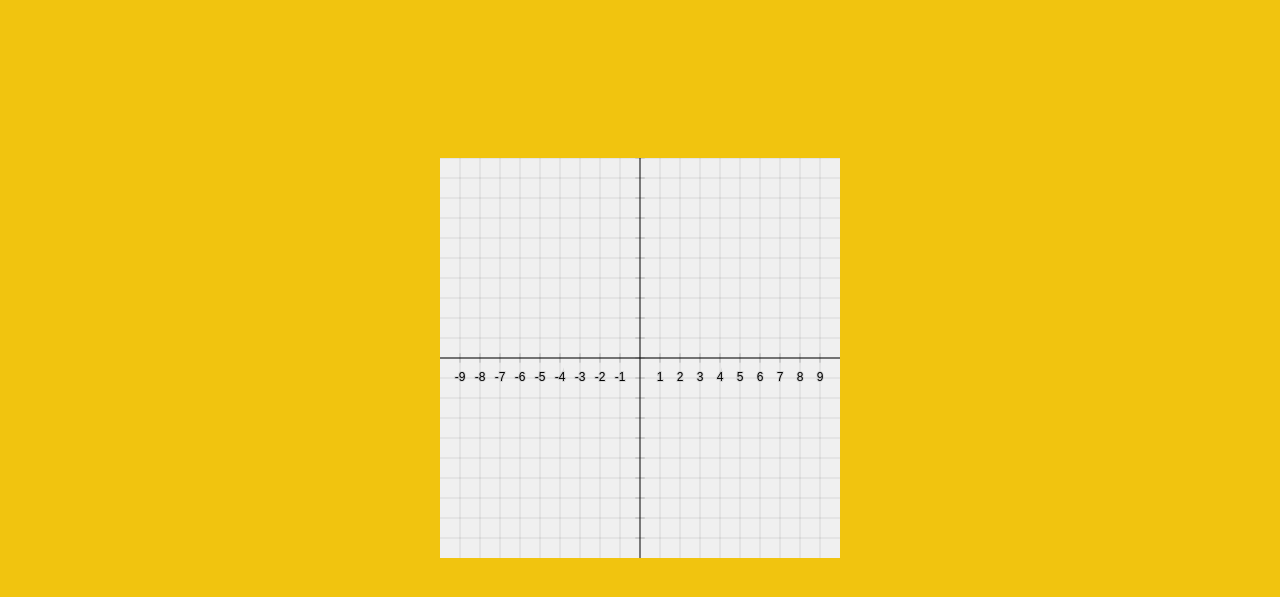
Repository: animarcus/graphing-app
Page: index.html
An editor plug-in stored every save of this project. The page is shown before and after the next save, followed by the edit.
The browser window is 1280 px wide. The pictures show the whole page.
Some web libraries are served in a nearby version.

Above is the page before, as saved 2020-09-26 19:49:44.

After the next save:
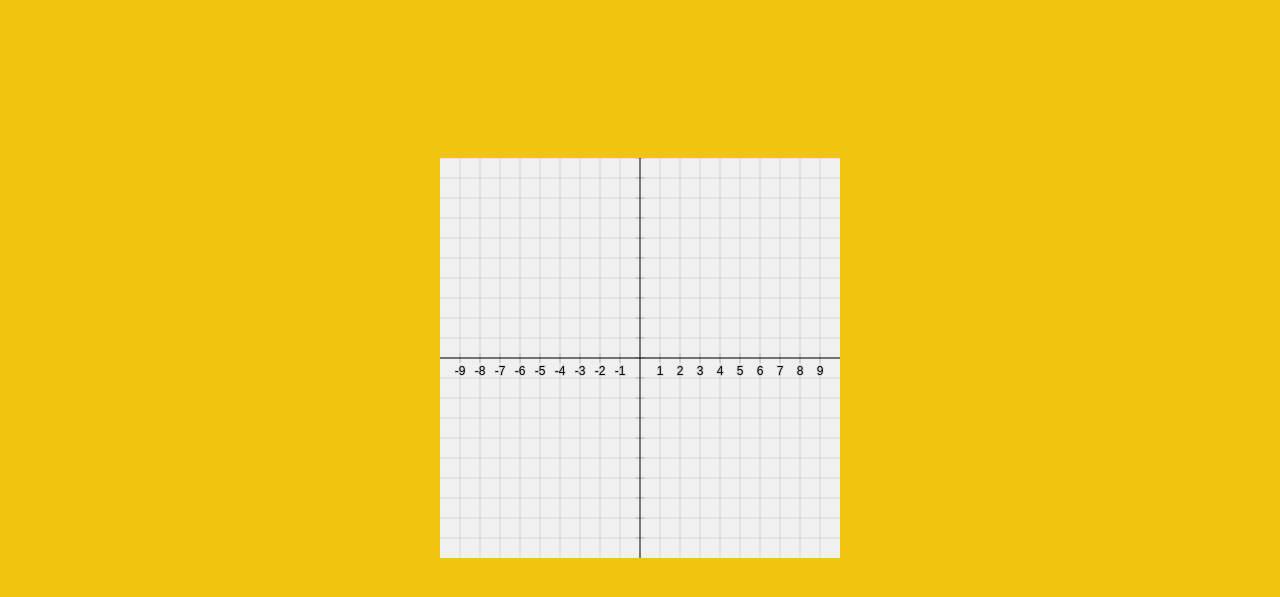
Saved 12 s later.
--- a/js/sketch.js
+++ b/js/sketch.js
@@ -25,9 +25,8 @@ function setup() {
     strokeWeight(2);
     line(x, -cellW/5, x, cellW/5);
     // console.log(currentX, x, cellW);
-    textAlign(CENTER, CENTER);
+    textAlign(CENTER, BOTTOM);
     text(currentX, x, cellW);
-
   }
   for (let y = -canvasH/2; y < canvasH/2; y += cellW) {
     strokeWeight(1);
